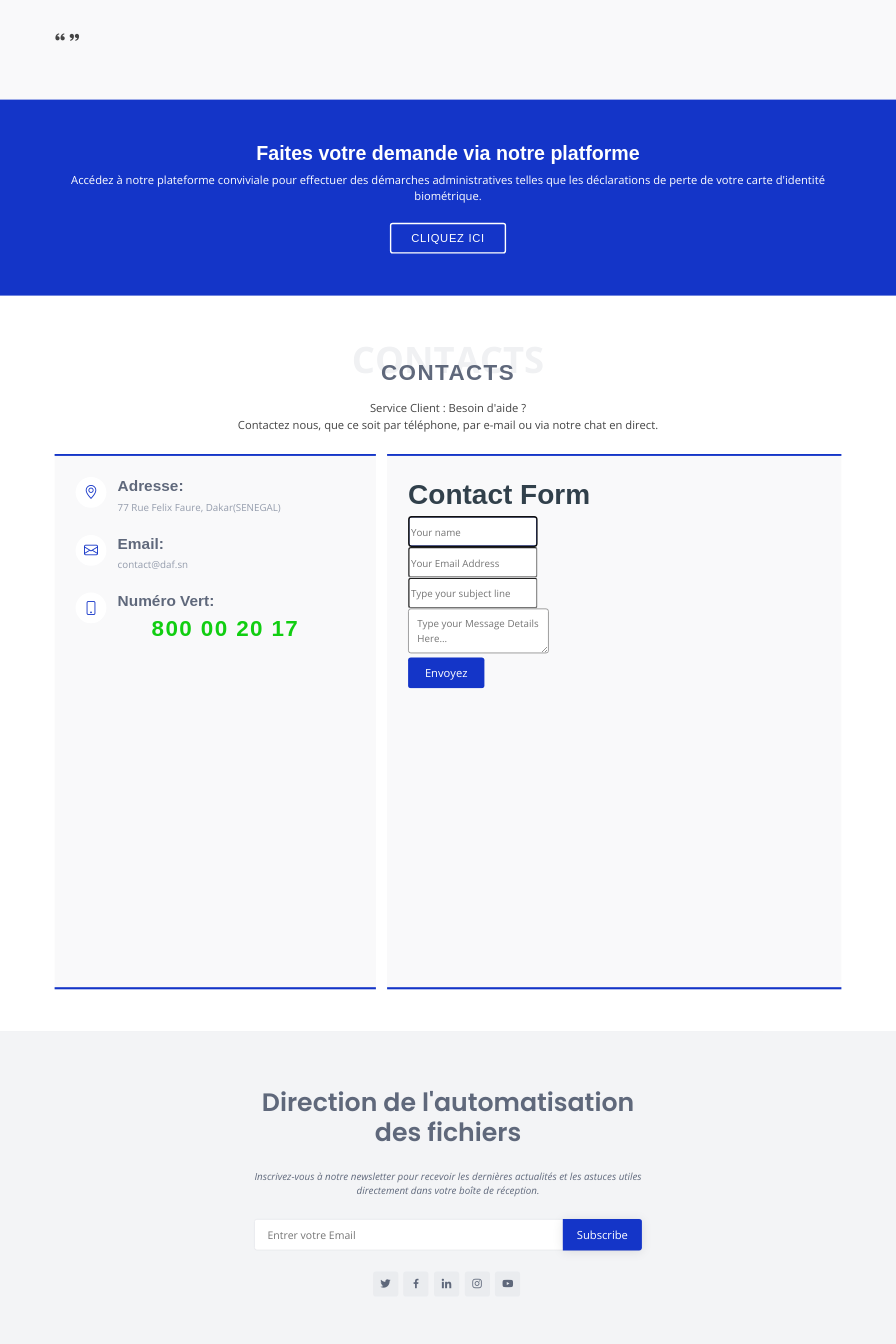
Repository: JunshDev/prodaf
Page: http://localhost/phpmailer/
The author's editor kept a copy of each file at every save. The page is drawn from the files as they stood at one save, then again after the next save.
The browser window is 1280 px wide. The pictures show the part of the page from y = 4446 to 6366 px (the page is 6480 px tall), at 70% of full size.
Pictures or frames that could not be fetched are drawn as grey boxes. Some web fonts or font styles are not loaded; a fallback is used. Some web libraries are served in a nearby version. The page is run by PHP 8.4 with error messages shown; the project is at /var/www/html/.

Above is the page before, as saved 2023-11-24 15:41:24.

After the next save:
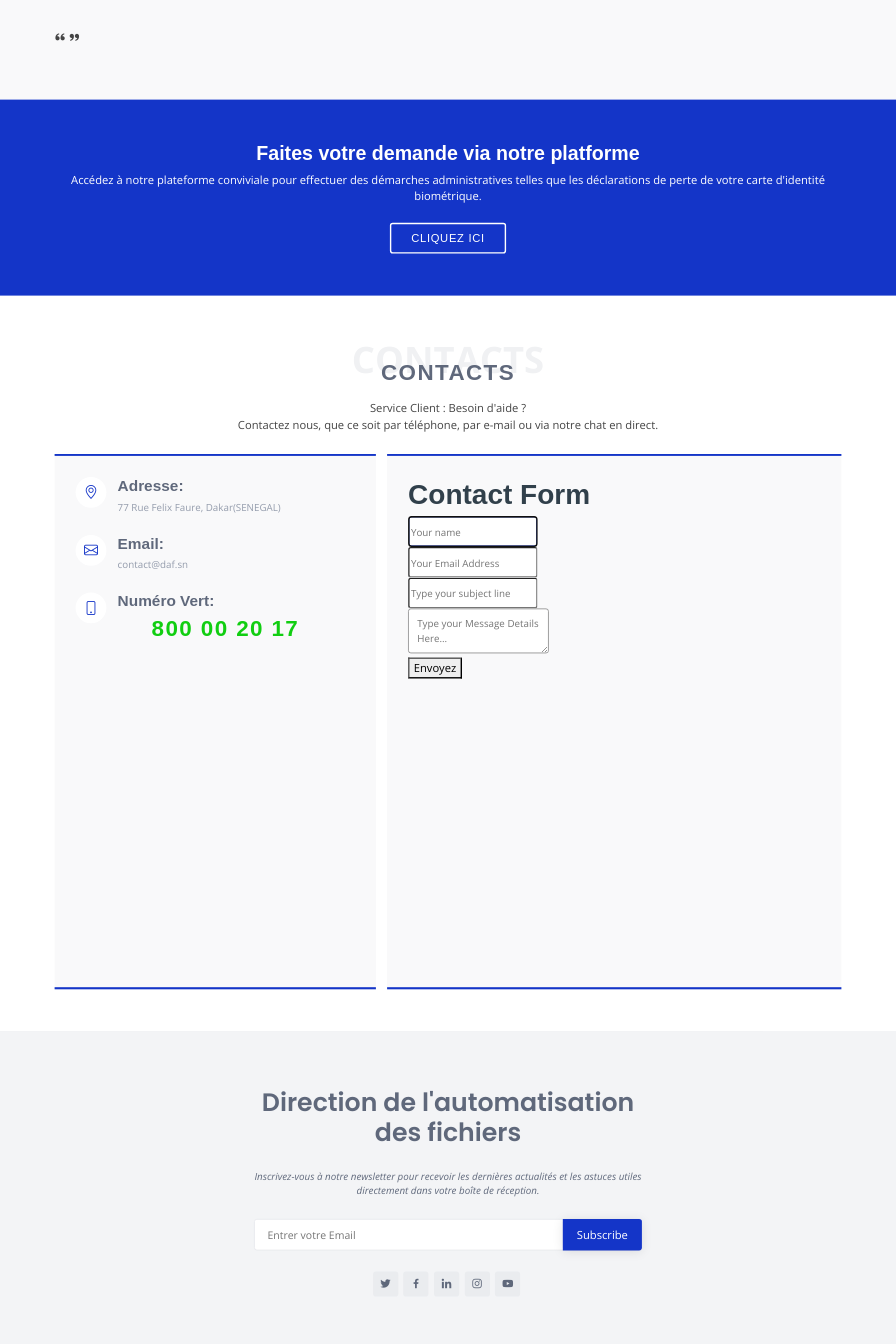
Saved 24 s later.
--- a/assets/css/style.css
+++ b/assets/css/style.css
@@ -1149,14 +1149,6 @@ section {
   padding: 10px 12px;
 }
 
-.contact .php-email-form button[type=submit] {
-  background: #1435c8;
-  border: 0;
-  padding: 10px 24px;
-  color: #fff;
-  transition: 0.4s;
-  border-radius: 4px;
-}
 
 
 
